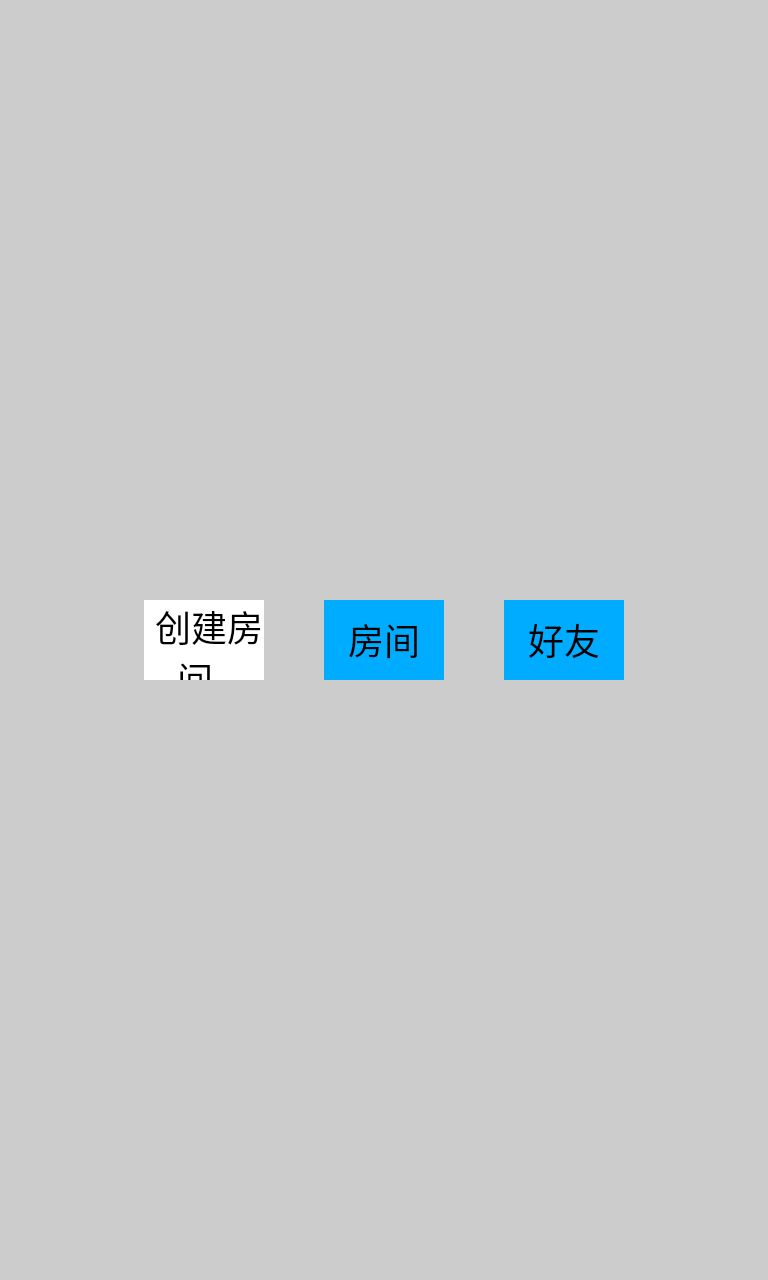
Repository: fanloveoupao/WecharTest
Layout: TestWechar/res/layout/addfriedsorroom.xml
These files come from the project's save history. The layout is drawn as it stood at one moment and after the next save; the edit follows.
It is drawn on a 768 x 1280 px phone screen (xhdpi) without system bars, with theme AppTheme; the app's code is not run.

Above is the layout before, as saved 2015-10-08 01:09:54.

After the next save:
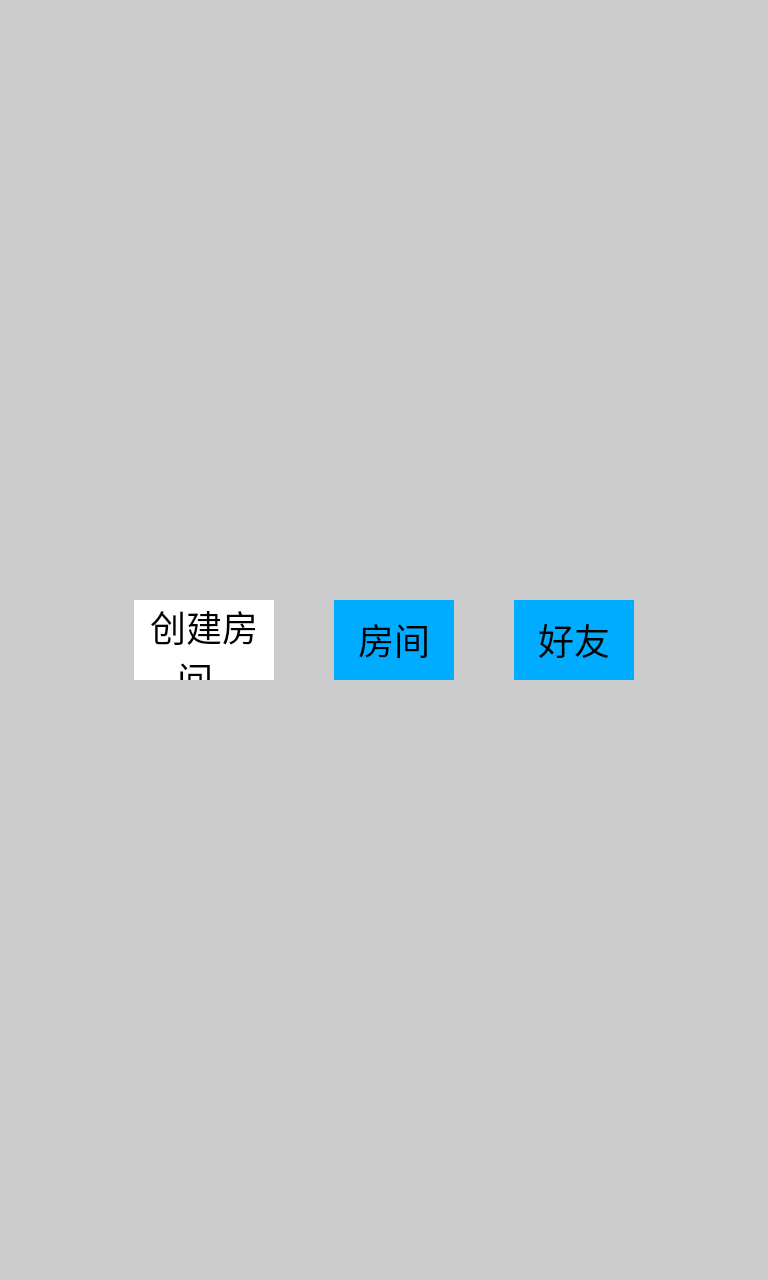
Saved 22 s later.
--- a/TestWechar/res/layout/addfriedsorroom.xml
+++ b/TestWechar/res/layout/addfriedsorroom.xml
@@ -14,11 +14,11 @@
 
         <Button
             android:id="@+id/create_room"
-            android:layout_width="60dp"
+            android:layout_width="70dp"
             android:layout_height="40dp"
             android:layout_marginRight="20dp"
             android:background="@drawable/button_register_bg"
-            android:text=" 创建房间  " />
+            android:text="创建房间  " />
 
         <Button
             android:id="@+id/join_room"
